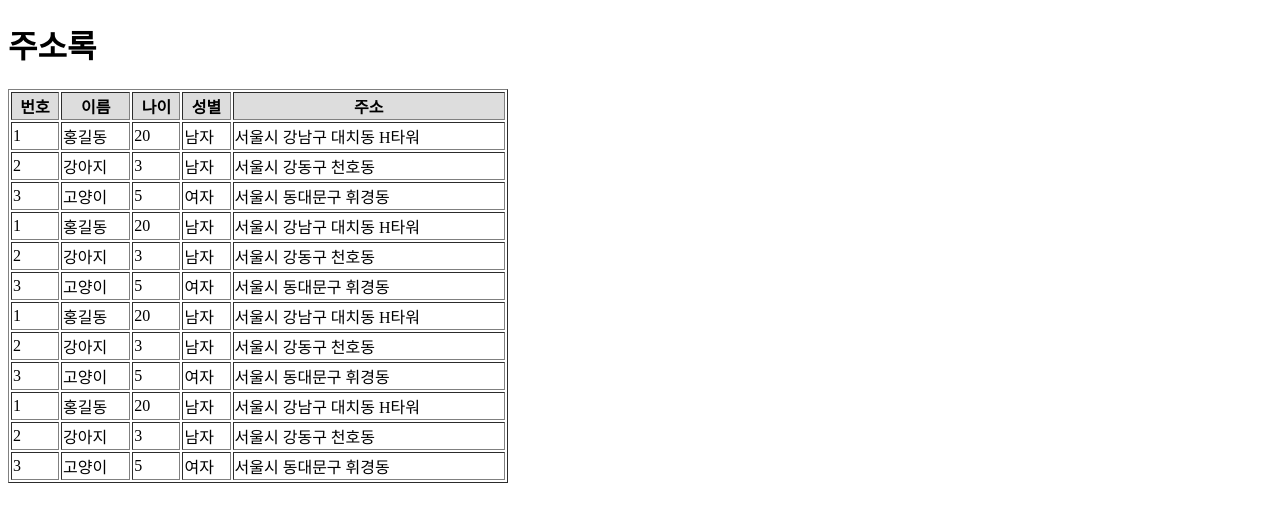
Repository: kmd192kmd/Web
Page: html/HtmlTest/src/main/webapp/ex14_table.html
An editor plug-in stored every save of this project. The page is shown before and after the next save, followed by the edit.
The browser window is 1280 px wide. The pictures show the whole page.

Above is the page before, as saved 2026-02-13 05:47:19.

After the next save:
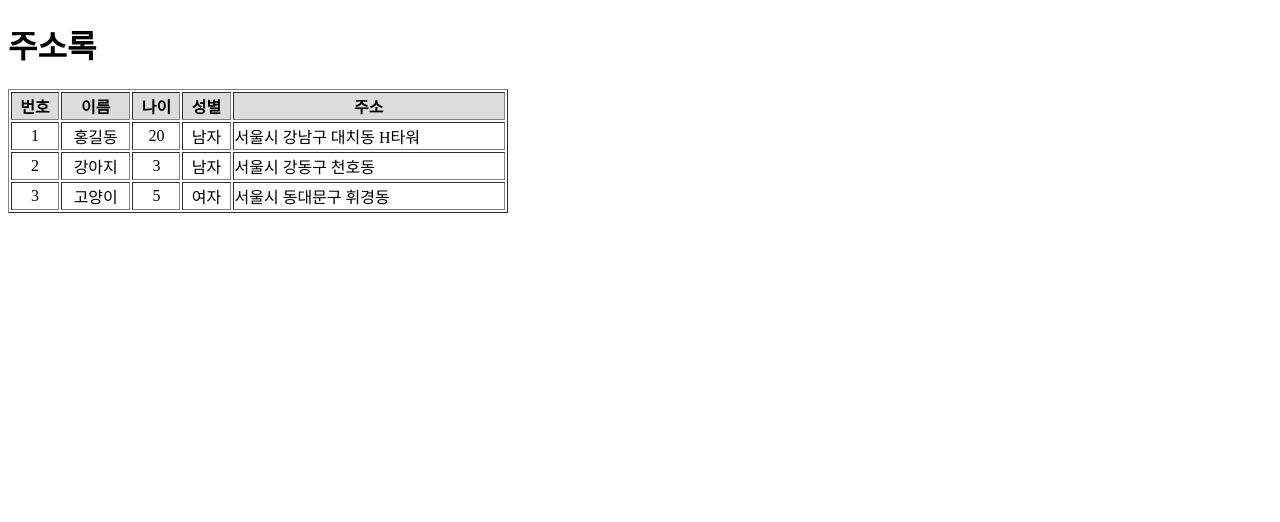
Saved 2 min 11 s later.
--- a/html/HtmlTest/src/main/webapp/ex14_table.html
+++ b/html/HtmlTest/src/main/webapp/ex14_table.html
@@ -17,90 +17,26 @@
 			<td align="center"><b>주소</b></td>
 		</tr>
 		<tr>
-			<td>1</td>
-			<td>홍길동</td>
-			<td>20</td>
-			<td>남자</td>
+			<td align="center">1</td>
+			<td align="center">홍길동</td>
+			<td align="center">20</td>
+			<td align="center">남자</td>
 			<td>서울시 강남구 대치동 H타워</td>
 		</tr>
 		<tr>
-			<td>2</td>
-			<td>강아지</td>
-			<td>3</td>
-			<td>남자</td>
+			<td align="center">2</td>
+			<td align="center">강아지</td>
+			<td align="center">3</td>
+			<td align="center"> 남자</td>
 			<td>서울시 강동구 천호동</td>
 		</tr>
 		<tr>
-			<td>3</td>
-			<td>고양이</td>
-			<td>5</td>
-			<td>여자</td>
+			<td align="center">3</td>
+			<td align="center">고양이</td>
+			<td align="center">5</td>
+			<td align="center">여자</td>
 			<td>서울시 동대문구 휘경동</td>
 		</tr>
-		<tr>
-			<td>1</td>
-			<td>홍길동</td>
-			<td>20</td>
-			<td>남자</td>
-			<td>서울시 강남구 대치동 H타워</td>
-		</tr>
-		<tr>
-			<td>2</td>
-			<td>강아지</td>
-			<td>3</td>
-			<td>남자</td>
-			<td>서울시 강동구 천호동</td>
-		</tr>
-		<tr>
-			<td>3</td>
-			<td>고양이</td>
-			<td>5</td>
-			<td>여자</td>
-			<td>서울시 동대문구 휘경동</td>
-		</tr>
-		<tr>
-			<td>1</td>
-			<td>홍길동</td>
-			<td>20</td>
-			<td>남자</td>
-			<td>서울시 강남구 대치동 H타워</td>
-		</tr>
-		<tr>
-			<td>2</td>
-			<td>강아지</td>
-			<td>3</td>
-			<td>남자</td>
-			<td>서울시 강동구 천호동</td>
-		</tr>
-		<tr>
-			<td>3</td>
-			<td>고양이</td>
-			<td>5</td>
-			<td>여자</td>
-			<td>서울시 동대문구 휘경동</td>
-		</tr>
-		<tr>
-			<td>1</td>
-			<td>홍길동</td>
-			<td>20</td>
-			<td>남자</td>
-			<td>서울시 강남구 대치동 H타워</td>
-		</tr>
-		<tr>
-			<td>2</td>
-			<td>강아지</td>
-			<td>3</td>
-			<td>남자</td>
-			<td>서울시 강동구 천호동</td>
-		</tr>
-		<tr>
-			<td>3</td>
-			<td>고양이</td>
-			<td>5</td>
-			<td>여자</td>
-			<td>서울시 동대문구 휘경동</td>
-		</tr>
-	</table>
 
 </body>
 </html>
